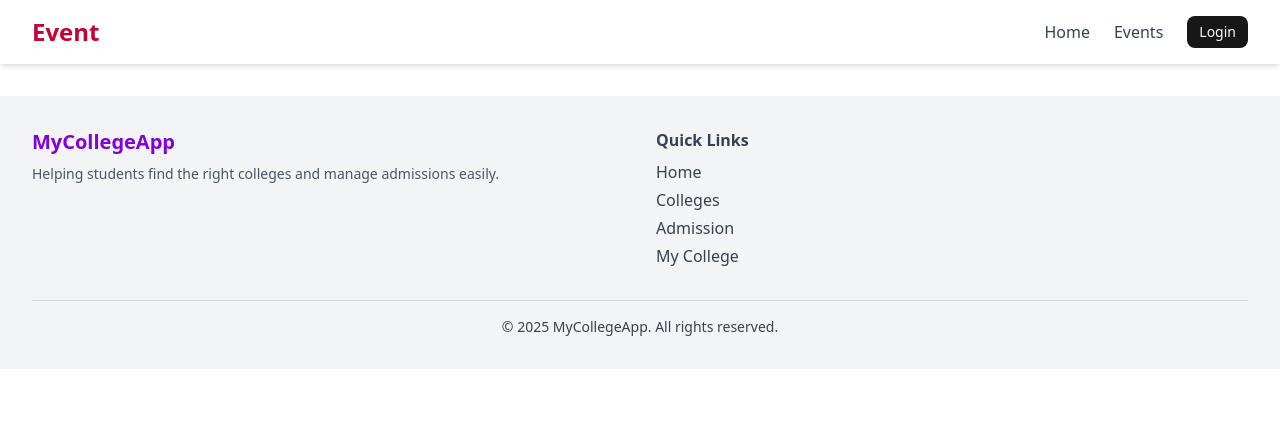
Repository: shshafin/event-client
Page: /profile
These files come from the project's save history. The page is drawn as it stood at one moment and after the next save; the edit follows.
The browser window is 1280 px wide. The pictures show the whole page.
The page's requests for data from a server got no answer. The project was rebuilt for these pictures with package versions that can differ from the ones it lists, and the page was loaded fresh each time. The framework's server and built-in components were replaced by stand-ins that run in the browser. No one was signed in, and anything a server would have sent is missing. Also part of the build but not shown: next.config.ts, src/components/ui/dropdown-menu.tsx.

Above is the page before, as saved 2025-10-30 12:37:26.

### src/app/layout.tsx
import "@/styles/globals.css";
import { Viewport } from "next";
import clsx from "clsx";

import { fontSans } from "@/config/font";
import { Providers } from "@/lib/provider";

export const viewport: Viewport = {
  themeColor: [
    { media: "(prefers-color-scheme: light)", color: "white" },
    { media: "(prefers-color-scheme: dark)", color: "black" },
  ],
};

export default function RootLayout({
  children,
}: {
  children: React.ReactNode;
}) {
  return (
    <html
      suppressHydrationWarning
      lang="en">
      <head />
      <body
        className={clsx(
          "min-h-screen bg-background font-sans antialiased",
          fontSans.variable
        )}>
        <Providers>{children}</Providers>
      </body>
    </html>
  );
}

### src/app/(withCommonLayout)/layout.tsx
import Footer from "@/components/ui/Footer";
import Navbar from "@/components/ui/Navbar";
import React from "react";

const withCommonLayout = ({ children }: { children: React.ReactNode }) => {
  return (
    <div className="relative flex flex-col h-screen">
      <Navbar />
      <main>{children}</main>
      <Footer />
    </div>
  );
};

export default withCommonLayout;

### src/app/(withCommonLayout)/profile/page.tsx
/* eslint-disable @next/next/no-img-element */
"use client";

import Container from "@/components/ui/Container";
import { useGetMyAdmissions } from "@/hooks/admission.hook";
import {
  Card,
  CardContent,
  CardFooter,
  CardHeader,
  CardTitle,
} from "@/components/ui/card";
import {
  Calendar,
  User,
  Mail,
  Phone,
  Home,
  GraduationCap,
  Edit2,
} from "lucide-react";
import { Button } from "@/components/ui/button";
import { envConfig } from "@/config/envConfig";
import { useRouter } from "next/navigation";
import { useUser } from "@/context/user.provider";

export default function MyProfile() {
  const router = useRouter();
  const { user } = useUser();

  return <h1 className="text-5xl text-black">hello</h1>;
}

### src/lib/provider/index.tsx
"use client";

import * as React from "react";
import { QueryClient, QueryClientProvider } from "@tanstack/react-query";
import { Toaster } from "sonner";
import UserProvider from "@/context/user.provider";

export interface ProvidersProps {
  children: React.ReactNode;
}

export function Providers({ children }: ProvidersProps) {
  const queryClient = new QueryClient();

  return (
    <QueryClientProvider client={queryClient}>
      <UserProvider>
        <Toaster
          richColors
          position="top-center"
          closeButton
        />
        {children}
      </UserProvider>
    </QueryClientProvider>
  );
}

### src/components/ui/Footer.tsx
"use client";

import Link from "next/link";

export default function Footer() {
  return (
    <footer className="bg-gray-100 dark:bg-gray-900 text-gray-700 dark:text-gray-300 py-8 mt-12">
      <div className="max-w-7xl mx-auto px-4 sm:px-6 lg:px-8">
        <div className="grid grid-cols-1 md:grid-cols-2 gap-8">
          {/* Logo & description */}
          <div>
            <span className="font-bold text-xl text-purple-700">
              MyCollegeApp
            </span>
            <p className="mt-2 text-sm text-gray-600 dark:text-gray-400">
              Helping students find the right colleges and manage admissions
              easily.
            </p>
          </div>

          {/* Quick Links */}
          <div>
            <h3 className="font-semibold mb-2">Quick Links</h3>
            <ul className="space-y-1">
              <li>
                <Link
                  href="/"
                  className="hover:text-purple-700">
                  Home
                </Link>
              </li>
              <li>
                <Link
                  href="/college"
                  className="hover:text-purple-700">
                  Colleges
                </Link>
              </li>
              <li>
                <Link
                  href="/admission"
                  className="hover:text-purple-700">
                  Admission
                </Link>
              </li>
              <li>
                <Link
                  href="/my-college"
                  className="hover:text-purple-700">
                  My College
                </Link>
              </li>
            </ul>
          </div>
        </div>

        <div className="mt-8 border-t border-gray-300 dark:border-gray-700 pt-4 text-center text-sm">
          © {new Date().getFullYear()} MyCollegeApp. All rights reserved.
        </div>
      </div>
    </footer>
  );
}

### src/components/ui/Navbar.tsx
"use client";

import { useState } from "react";
import Link from "next/link";
import {
  MenuIcon,
  XIcon,
  LogOutIcon,
  UserIcon,
  PlusCircle,
} from "lucide-react";
import { Button } from "@/components/ui/button";
import {
  DropdownMenu,
  DropdownMenuTrigger,
  DropdownMenuContent,
  DropdownMenuItem,
} from "@/components/ui/dropdown-menu";
import { useUser } from "@/context/user.provider";
import { logoutUser } from "@/services/AuthService";
import { useRouter } from "next/navigation";

export default function Navbar() {
  const [isOpen, setIsOpen] = useState(false);
  const toggleMenu = () => setIsOpen(!isOpen);

  const { user, setUser } = useUser();
  const router = useRouter();

  const handleLogout = async () => {
    await logoutUser();
    setUser(null);
    router.push("/login");
  };

  return (
    <nav className="bg-white dark:bg-gray-900 shadow-md fixed w-full z-50">
      <div className="max-w-7xl mx-auto px-4 sm:px-6 lg:px-8">
        <div className="flex justify-between h-16 items-center">
          {/* Logo */}
          <Link href="/">
            <div className="text-2xl font-bold text-rose-700">Event</div>
          </Link>

          {/* Desktop Menu */}
          <div className="hidden md:flex items-center space-x-6">
            <Link
              href="/"
              className="text-gray-700 hover:text-rose-700">
              Home
            </Link>
            <Link
              href="/events"
              className="text-gray-700 hover:text-rose-700">
              Events
            </Link>

            {user && (
              <Link
                href="/my-bookings"
                className="text-gray-700 hover:text-rose-700">
                My Bookings
              </Link>
            )}

            {/* ✅ Only admin can see Add Event */}
            {user?.role === "admin" && (
              <Link
                href="/add-event"
                className="flex items-center gap-1 text-gray-700 hover:text-rose-700">
                <PlusCircle className="w-4 h-4" /> Add Event
              </Link>
            )}

            {/* User Dropdown */}
            {user ? (
              <DropdownMenu>
                <DropdownMenuTrigger asChild>
                  <Button className="w-auto px-3 h-8 rounded-full bg-rose-700 text-white flex items-center justify-center font-semibold">
                    {user.username || "User"}
                  </Button>
                </DropdownMenuTrigger>
                <DropdownMenuContent align="end">
                  <DropdownMenuItem asChild>
                    <Link
                      href="/profile"
                      className="flex items-center gap-2">
                      <UserIcon className="w-4 h-4" /> My Profile
                    </Link>
                  </DropdownMenuItem>
                  <DropdownMenuItem
                    className="flex items-center gap-2"
                    onClick={handleLogout}>
                    <LogOutIcon className="w-4 h-4" /> Logout
                  </DropdownMenuItem>
                </DropdownMenuContent>
              </DropdownMenu>
            ) : (
              <Link href="/login">
                <Button
                  size="sm"
                  variant="default">
                  Login
                </Button>
              </Link>
            )}
          </div>

          {/* Mobile Menu Button */}
          <div className="flex items-center md:hidden">
            <button
              onClick={toggleMenu}
              className="text-gray-700 hover:text-rose-700 focus:outline-none">
              {isOpen ? (
                <XIcon className="w-6 h-6" />
              ) : (
                <MenuIcon className="w-6 h-6" />
              )}
            </button>
          </div>
        </div>
      </div>

      {/* Mobile Menu */}
      {isOpen && (
        <div className="md:hidden bg-white dark:bg-gray-900 px-2 pt-2 pb-3 space-y-1 shadow-md">
          <Link
            href="/"
            className="block px-3 py-2 rounded-md text-gray-700 hover:text-rose-700 hover:bg-gray-100">
            Home
          </Link>
          <Link
            href="/events"
            className="block px-3 py-2 rounded-md text-gray-700 hover:text-rose-700 hover:bg-gray-100">
            Events
          </Link>

          {user && (
            <Link
              href="/my-bookings"
              className="block px-3 py-2 rounded-md text-gray-700 hover:text-rose-700 hover:bg-gray-100">
              My Bookings
            </Link>
          )}

          {user?.role === "admin" && (
            <Link
              href="/add-event"
              className="block px-3 py-2 rounded-md text-gray-700 hover:text-rose-700 hover:bg-gray-100">
              Add Event
            </Link>
          )}

          {/* Mobile User Menu */}
          {user ? (
            <div className="px-3 py-2">
              <DropdownMenu>
                <DropdownMenuTrigger asChild>
                  <Button className="w-auto px-3 h-8 rounded-full bg-rose-700 text-white flex items-center justify-center font-semibold">
                    {user.username || "User"}
                  </Button>
                </DropdownMenuTrigger>
                <DropdownMenuContent align="end">
                  <DropdownMenuItem asChild>
                    <Link
                      href="/profile"
                      className="flex items-center gap-2">
                      <UserIcon className="w-4 h-4" /> My Profile
                    </Link>
                  </DropdownMenuItem>
                  <DropdownMenuItem
                    className="flex items-center gap-2"
                    onClick={handleLogout}>
                    <LogOutIcon className="w-4 h-4" /> Logout
                  </DropdownMenuItem>
                </DropdownMenuContent>
              </DropdownMenu>
            </div>
          ) : (
            <Link
              href="/login"
              className="block cursor-pointer px-3 py-2">
              <Button
                size="sm"
                variant="default"
                className="w-full">
                Login
              </Button>
            </Link>
          )}
        </div>
      )}
    </nav>
  );
}

### src/context/user.provider.tsx
"use client";

import {
  createContext,
  Dispatch,
  SetStateAction,
  useContext,
  useEffect,
  useState,
} from "react";
import { IUser } from "../types";
import { getCurrentUser } from "../services/AuthService";

interface IUserProviderValues {
  user: IUser | null;
  isLoading: boolean;
  setUser: (user: IUser | null) => void;
  setIsLoading: Dispatch<SetStateAction<boolean>>;
}

const UserContext = createContext<IUserProviderValues | undefined>(undefined);

const UserProvider = ({ children }: { children: React.ReactNode }) => {
  const [user, setUser] = useState<IUser | null>(null);
  const [isLoading, setIsLoading] = useState(true);

  const handleUser = async () => {
    try {
      const user = await getCurrentUser();
      setUser(user);
    } catch (error) {
      console.error("Failed to fetch user:", error);
      setUser(null);
    } finally {
      setIsLoading(false);
    }
  };

  useEffect(() => {
    handleUser();
  }, []);

  return (
    <UserContext.Provider value={{ user, setUser, isLoading, setIsLoading }}>
      {children}
    </UserContext.Provider>
  );
};

export const useUser = () => {
  const context = useContext(UserContext);

  if (context === undefined) {
    throw new Error("useUser must be used within the UserProvider context");
  }

  return context;
};

export default UserProvider;

### src/components/ui/button.tsx
import * as React from "react"
import { Slot } from "@radix-ui/react-slot"
import { cva, type VariantProps } from "class-variance-authority"

import { cn } from "@/lib/utils"

const buttonVariants = cva(
  "inline-flex items-center justify-center gap-2 whitespace-nowrap rounded-md text-sm font-medium transition-all disabled:pointer-events-none disabled:opacity-50 [&_svg]:pointer-events-none [&_svg:not([class*='size-'])]:size-4 shrink-0 [&_svg]:shrink-0 outline-none focus-visible:border-ring focus-visible:ring-ring/50 focus-visible:ring-[3px] aria-invalid:ring-destructive/20 dark:aria-invalid:ring-destructive/40 aria-invalid:border-destructive",
  {
    variants: {
      variant: {
        default: "bg-primary text-primary-foreground hover:bg-primary/90",
        destructive:
          "bg-destructive text-white hover:bg-destructive/90 focus-visible:ring-destructive/20 dark:focus-visible:ring-destructive/40 dark:bg-destructive/60",
        outline:
          "border bg-background shadow-xs hover:bg-accent hover:text-accent-foreground dark:bg-input/30 dark:border-input dark:hover:bg-input/50",
        secondary:
          "bg-secondary text-secondary-foreground hover:bg-secondary/80",
        ghost:
          "hover:bg-accent hover:text-accent-foreground dark:hover:bg-accent/50",
        link: "text-primary underline-offset-4 hover:underline",
      },
      size: {
        default: "h-9 px-4 py-2 has-[>svg]:px-3",
        sm: "h-8 rounded-md gap-1.5 px-3 has-[>svg]:px-2.5",
        lg: "h-10 rounded-md px-6 has-[>svg]:px-4",
        icon: "size-9",
        "icon-sm": "size-8",
        "icon-lg": "size-10",
      },
    },
    defaultVariants: {
      variant: "default",
      size: "default",
    },
  }
)

function Button({
  className,
  variant,
  size,
  asChild = false,
  ...props
}: React.ComponentProps<"button"> &
  VariantProps<typeof buttonVariants> & {
    asChild?: boolean
  }) {
  const Comp = asChild ? Slot : "button"

  return (
    <Comp
      data-slot="button"
      className={cn(buttonVariants({ variant, size, className }))}
      {...props}
    />
  )
}

export { Button, buttonVariants }

### src/services/AuthService/index.ts
"use server";
import { axiosInstance } from "@/lib/AxiosInstance";
import { cookies } from "next/headers";
import { FieldValues } from "react-hook-form";

// ! Register User
export const registerUser = async (userData: FieldValues) => {
  try {
    const { data } = await axiosInstance.post("/users/register", userData);
    return data;
  } catch (error: any) {
    throw new Error(error);
  }
};

// ! Login User
export const loginUser = async (userData: FieldValues) => {
  try {
    const { data } = await axiosInstance.post("/auth/login", userData);
    if (data?.success) {
      (await cookies()).set("access_token", data?.data?.accessToken);
    }
    return data;
  } catch (error: any) {
    throw new Error(error);
  }
};

// ! Logout User
export const logoutUser = async () => {
  (await cookies()).delete("access_token");
};

// ! get user
export const getCurrentUser = async () => {
  const accessToken = (await cookies()).get("access_token")?.value;

  if (!accessToken) return null;

  try {
    const { data } = await axiosInstance.get("/auth/me", {
      headers: {
        Authorization: `Bearer ${accessToken}`,
      },
    });

    return data;
  } catch (err) {
    console.error("Failed to fetch current user:", err);
    return null;
  }
};

### src/lib/AxiosInstance/index.ts
"use server";

import { envConfig } from "@/config/envConfig";
import axios from "axios";
import { cookies } from "next/headers";

export const axiosInstance = axios.create({
  baseURL: envConfig.base_Api,
});

axiosInstance.interceptors.request.use(
  async (config) => {
    try {
      const cookieStore = await cookies(); //
      const cookie = cookieStore.get("accessToken");
      const accessToken = cookie?.value;

      if (accessToken && config.headers) {
        config.headers.Authorization = `Bearer ${accessToken}`;
      }

      return config;
    } catch (err) {
      console.error("Axios request interceptor error:", err);
      return config;
    }
  },
  (error) => {
    return Promise.reject(error);
  }
);

axiosInstance.interceptors.response.use(
  (response) => response,
  (error) => {
    console.error(
      "Axios response error:",
      error.response?.data || error.message
    );
    return Promise.reject(error);
  }
);

### src/config/envConfig.ts
export const envConfig = {
  base_Api: process.env.NEXT_PUBLIC_BASE_API,
  base_Url: process.env.NEXT_PUBLIC_BASE_URL,
};

Loaded but not shown: src/styles/globals.css (common file); src/config/font.ts (common file); src/lib/utils.ts (common file)

After the next save:
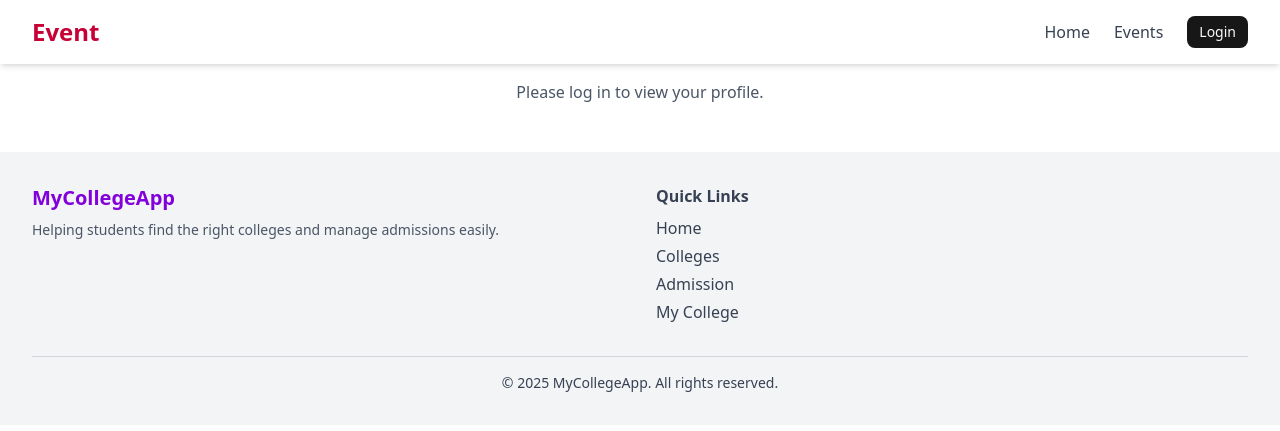
Saved 114 s later.
--- a/src/app/(withCommonLayout)/profile/page.tsx
+++ b/src/app/(withCommonLayout)/profile/page.tsx
@@ -1,32 +1,46 @@
-/* eslint-disable @next/next/no-img-element */
 "use client";
 
-import Container from "@/components/ui/Container";
-import { useGetMyAdmissions } from "@/hooks/admission.hook";
-import {
-  Card,
-  CardContent,
-  CardFooter,
-  CardHeader,
-  CardTitle,
-} from "@/components/ui/card";
-import {
-  Calendar,
-  User,
-  Mail,
-  Phone,
-  Home,
-  GraduationCap,
-  Edit2,
-} from "lucide-react";
+import { useUser } from "@/context/user.provider";
 import { Button } from "@/components/ui/button";
-import { envConfig } from "@/config/envConfig";
-import { useRouter } from "next/navigation";
-import { useUser } from "@/context/user.provider";
 
-export default function MyProfile() {
-  const router = useRouter();
+export default function ProfilePage() {
   const { user } = useUser();
 
-  return <h1 className="text-5xl text-black">hello</h1>;
+  if (!user) {
+    return (
+      <p className="text-center mt-20 text-gray-600">
+        Please log in to view your profile.
+      </p>
+    );
+  }
+
+  return (
+    <div className="max-w-md mx-auto mt-24 p-6 bg-white shadow-md rounded-xl">
+      <h2 className="text-3xl font-bold text-center text-rose-700 mb-6">
+        My Profile
+      </h2>
+
+      <div className="space-y-4">
+        <div className="border-b pb-2">
+          <p className="text-gray-500 text-sm">Username</p>
+          <p className="text-lg font-semibold text-gray-800">
+            {user.username || "N/A"}
+          </p>
+        </div>
+
+        <div className="border-b pb-2">
+          <p className="text-gray-500 text-sm">Email</p>
+          <p className="text-lg font-semibold text-gray-800">
+            {user.email || "N/A"}
+          </p>
+        </div>
+      </div>
+
+      <div className="text-center mt-8">
+        <Button className="bg-rose-700 hover:bg-rose-800 text-white px-6">
+          Edit Profile
+        </Button>
+      </div>
+    </div>
+  );
 }
